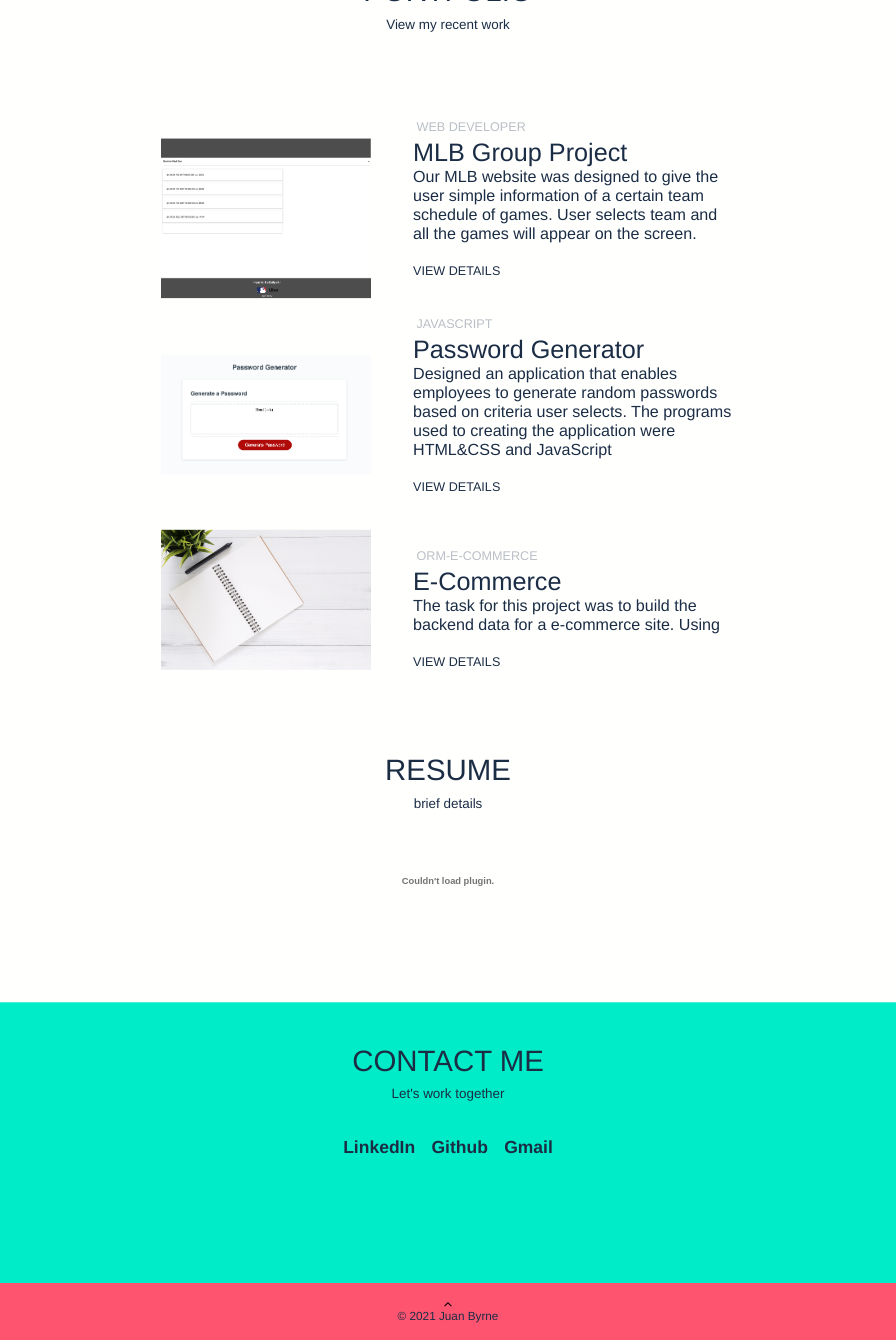
Repository: jb150524/JB-Portfolio
Page: index.html
An editor plug-in stored every save of this project. The page is shown before and after a run of saves, followed by the edit.
The browser window is 1280 px wide. The pictures show the part of the page from y = 2367 to 4287 px (the page is 4282 px tall before and 4287 px after), at 70% of full size.
Some web libraries are served in a nearby version.

Above is the page before, as saved 2021-09-25 20:10:39.

### index.html
<!DOCTYPE html>
<!-- saved from url=(0053)file:///Users/jja/FullStack_HW/juanwebsite/index.html -->

    <html lang="en"><head><meta http-equiv="Content-Type" content="text/html; charset=UTF-8">

    <meta http-equiv="X-UA-Compatible" content="IE=edge">
    <meta name="viewport" content="width=device-width, initial-scale=1.0">

    <!-- CSS style sheet -->
    <link rel="stylesheet" href="style.css">

    <!-- adding icons  -->
    <script src="https://kit.fontawesome.com/11dfd97c40.js" crossorigin="anonymous"></script>

    <title>Juan's Portfolio</title>
    </head>

    <body>
      <header>
      <nav class="top-nav">
        <ul class="nav-list">
        <li>
        <a href="file:///Users/jja/FullStack_HW/juanwebsite/index.html">Home</a>
        <a href="file:///Users/jja/FullStack_HW/juanwebsite/index.html#about">About</a>
        <a href="file:///Users/jja/FullStack_HW/juanwebsite/index.html#portfolio">Portfolio</a>
        <a href="file:///Users/jja/FullStack_HW/juanwebsite/index.html#resume">Resume</a>
        <a href="file:///Users/jja/FullStack_HW/juanwebsite/index.html#contact">Contact</a>
        </li>
        </ul>
      </nav>

    <div class="main">
      <div class="landing-text">
        <h1>JuanByrne</h1>
        <h6>Graphic Designer and Full Stack Web Developer</h6>
      </div>
    </div>
    </header>

    <section class="about" id="about">
      <div class="container">
          <a class="about-details">
        <div class="about-heading">
          <h1>About</h1>
          <h6>Myself</h6>
        </div>
          <p>
          I'm a Graphic Designer trying to become a full stack developer. I am from Guadalajara, Mexico. I was born in Mexico, but at a young age I moved to the USA. One of my favorite hobbies is playing competative soccer. Playing soccer has taught me perseverance, how to be a team player, and most importantly how to lose. I currently live in Wayne, Pennsylvania, but have previously lived in Guadalajara, Mexico and Orange County, California. I want to become a web developer because I want to learn a skill that motivates me and pushes me to try new things. I am excited about web developing and want a career that gives me a spark, like I get when I play soccer, with competitiveness, passion, and the belief that I can succeed.
          </p>
          </a>
      </div>
    </section>

      <a class="about-details">
        <section class="experience" id="experience">
            <div class="container">
              <div class="section-heading">
                <h1>Experience</h1>
                <h6>What I can do for you</h6>
              </div>
          <div class="my-skills">
          <div class="skills" alt ="">
            <div class="icon-container">
              <i class="fas fa-layer-group"></i>
            </div>
            <h1>Graphic Designer</h1>
            <p>
            I'm a Graphic Designer with two years of experience working in the advertising industry. Possesses a high degree of competence using programs such as Adobe Photoshop, InDesign, Illustrator, and HTML & CSS.
            </p>
          </div>

        <div class="skills">
          <div class="icon-container">
            <i class="fas fa-laptop-code"></i>
          </div>
              <h1>Web Development</h1>
              <p>
              I'm a full stack developer. I have a great understanding in Javascript, bootstrap, jQuery and Node.
              </p>
            </div>
          </div>
        </div>
      </section>
    </a>

      <section class="portfolio" id="portfolio"><a class="about-details"></a>
        <div class="container"><a class="about-details">
          <div class="section-heading">
            <h1>Portfolio</h1>
            <h6>View my recent work</h6>
            </a>
            </div>
          </div>
          <div class="portfolio-item"><a class="about-details">
            <div class="portfolio-img has-margin-right">
              <img src="images/MLB Site.png" alt="">
            </a>
            </div>
              <div class="portfolio-description"><a class="about-details">
              <h6>Web Developer</h6>
              <h1>MLB Group Project</h1>
              <p>
              Our MLB website was designed to give the user simple information of a certain team schedule of games. User selects team and all the games will appear on the screen.
              </p>
              </a>
            <a href="file:///Users/jja/FullStack_HW/juanwebsite/index.html#" class="cta"> View Details</a>
        </div>
      </div>
    <div>

     <div class="portfolio-item">
          <div class="portfolio-img has-margin-right">
            <img src="images/passGenerator.png" alt="">
            </div>
            <div class="portfolio-description">
            <h6>Javascript</h6>
            <h1>Password Generator</h1>
            <p>
            Designed an application that enables employees to generate random passwords based on criteria user selects. The programs used to creating the application were HTML&CSS and JavaScript
            </p>
            <a href="file:///Users/jja/FullStack_HW/juanwebsite/index.html#" class="cta"> View Details</a>
            </div>
        </div>

      <div>
          <div class="portfolio-item">
            <div class="portfolio-img has-margin-right">
              <img src="images/notebook.jpg" alt="">
              </div>
              <div class="portfolio-description">
              <h6>ORM-E-Commerce</h6>
              <h1>E-Commerce</h1>
              <p>
              The task for this project was to build the backend data for a e-commerce site. Using
              </p>
              <a href="file:///Users/jja/FullStack_HW/juanwebsite/index.html#" class="cta"> View Details</a>
            </div>
          </div>
      </div>
    </section>

    <section class="resume" id="resume">
      <div class="container">
        <div class="section-heading">
          <h1>Resume</h1>
          <h6>brief details</h6>
          <embed src="JByrne Resume 2021 FINAL.pdf" type="application/pdf" width="55%" height="100px" />
          <!-- <input type="button" value="Download!"> -->
        </div>
      </div>

    <section class="contact" id="contact">
        <div class="container">
          <div class="section-heading">
          <h1>Contact Me</h1>
          <ul>
          <li>
          <h6>Let's work together</h6>
          <a href="https://www.linkedin.com/in/juan-byrne-43869ab7/">LinkedIn</a>
          <a href="https://github.com/jb150524">Github</a>
          <a href="file:///Users/jja/FullStack_HW/juanwebsite/juan1505@gmail.com">Gmail</a>
          </li>
          </ul>
        </div>
       </div>
    </section>

    <footer class="copyright">
      <div class="up" id="up">
       <i class="fas fa-chevron-up"></i>
      </div>
      <p>© 2021 Juan Byrne</p>
    </footer>
  </section>


</body>
</html

### style.css
/* Start global*/

* {
    margin: 0;
    padding: 0;
    box-sizing: border-box;
}

html {
    font-size: 12px;
    font-family: Helvetica, sans-serif;
    /* color: rgb(255, 255, 255); */
}

body {
    width: 100%;
    height: 100%;
    background-color: #fffffe;
    background-size: cover;
}

section {
    padding: 60px 0;
}

h6 {
    color: #1b2d45;
    margin: 5px;
}

a {
    text-decoration: none;
    color: #1b2d45;
}

p {
   font-size: 23px;
   font-weight: 300;
   color: #1b2d45;
}



img {
    max-width: 100%;
    height: auto;
}

.main {
    padding: 16px;
    margin-top: 30px;
    height: 1500px; /* Used in this example to enable scrolling */
  }

/* Start reusable*/

.container {
    width: 50%;
    max-width: 120rem;
    height: 100%;
    margin: 0 auto;
    position: relative;
}

.container-details p {
    font-size: 200px;
    padding: 35px;
}

.section-heading {
    text-align: center;
    margin-bottom: 10rem;
}

.section-heading h1 {
    font-family: major mono display, Helvetica, sans-serif;
    font-size: 3.5rem;
    color: #1b2d45;
    text-transform: uppercase;
    font-weight: 300;
    position: relative;
    margin-bottom: 1rem;
}

.section-heading h1::before,
.section-heading h1::after {
    content: "";
    position: absolute;
    bottom: -.5rem;
    left: 50%;
    transform: translateX(-59%);
    background: color #fff8e8;
}

.section-heading h1::before {
    width: 10rem;
    height: 3px;
    border-radius: .8rem;
}

.section-heading h1::after {
    height: 1.5rem;
    border-radius: .100%;
    bottom: 1rem;
}

.section-heading h6 {
    font-size: 1.6rem;
    font-weight: 300;
    margin-bottom: 50px;
}

.has-margin-right {
    margin-right: 5rem;
}
/* End reusable*/

/* Start header*/
header {
    width: 100%;
    height: 100vh;
}

.nav-list {
    z-index: 2;
    top: 0;
    background:#00ebc7;
    overflow: hidden;
    font-size: 35px;
    font-family: major mono display;
    margin: 0;
    padding: 20px;
    position: fixed;
    list-style: none;
    width: 100%;
    display: flex;
    justify-content: center;
    align-items: flex-start;
    text-decoration: none;
}

li {
    margin: 0;
    list-style: none;
}

.nav-link {
    font-family: Arial, Helvetica, sans-serif;
    font-size: 15px;
    padding: 5px;
}

.nav-link:hover,
.nav-ink:focus {
    background: linear-gradient(to top, #5725b3, #9e91e9 );
    -webkit-background-clip: text;
    -webkit-text-fill-color: transparent;

}

.landing-text{
    position: absolute;
    top: 50%;
    left: 50%;
    transform: translate(-50%, -50%);
    width: 100%;
    text-align: center;
    z-index: 1;
}

.landing-text h1 {
    font-size: 150px;
    font-family: major mono display, Helvetica, sans-serif, Helvetica, sans-serif;
    background: linear-gradient(to top, #110202, #000000 );
    -webkit-background-clip: text;
    -webkit-text-fill-color: transparent;
    padding: 1rem;
    user-select: none;

}

.landing-text h6 {
    font-size: 2rem;
    font-weight: 300;
}
/* End header*/

.about .container {
    display: flex;
    align-items: center;
    justify-content: center;
}

.about-heading {
    text-align: center;
    text-transform: uppercase;
    line-height: 10px;
    margin-bottom: 6rem;
}

.about-heading h1 {
    font-size: 10rem;
    opacity: .3;
    font-family: major mono display;
}

.about-heading h6 {
    font-size: 2rem;
    font-weight: 300;
}

/* .about-container p {
   font-size: 50px;
} */

.profile-img {
    max-width: 100%;
    display: inline-block;
}

/* Start services*/

.my-skills {
    display: grid;
    /* grid-template-columns: repeat(auto-fit, min max(25rem, 1fr)); */
    grid-gap: 2.5rem;
    text-align: center;
}

.skills p {
    padding: 15px 5px 5px 5px;
    text-align: left;
}

.skills h1 {
    text-transform: uppercase;
    letter-spacing: 2px;
    margin: 2rem -2px 2rem 0;
}

.icon-container {
    width: 10rem;
    height: 10rem;
    border: 2px solid #1b2d45;
    background-color: #00ebc7;
    margin-bottom: 2rem;
    display: inline-block;
}

.icon-container .fas {
    margin: 27px -35px 0px -36px;
}

.icon-container i {
    color:#1b2d45;
    font-size: 5rem;
    margin: auto;
}
/* End services*/

/* Start portfolio*/

.portfolio-item {
    display: flex;
    align-items: end;
    justify-content: center;
    flex-direction: row;
    flex-wrap: wrap;
    align-content: stretch;
    margin-bottom: 50px;

}
.portfolio-img {
    width: 300px;
    height: 200px;
    background-size: 100%;
}

.portfolio-item:last-child {
    margin: 0;
}

.portfolio-description {
    flex: .5;
    color: #1b2d45;

}

.portfolio-description h1 {
    font-size: 3rem;
    font-weight: 300;
    margin: 1px 0;
    display: contents;
}

.portfolio-description h6 {
    font-size: 1.5rem;
    text-transform: uppercase;
    font-weight: 300;
    opacity: 0.3;
}

.portfolio-description .cta {
    display: inline-block;
    margin-top: 2.5rem;
    font-size: 1.5rem;
    text-transform: uppercase;
    color: #1b2d45;
    transition: color 650ms;
}

.portfolio-description .cta:hover {
    color: #2f67cd;
}
/* End portfolio*/


/*Star contact*/

.contact {
    background-color:#00ebc7;
}

.contact a {
    font-weight: bold;
    margin: 10px;
    margin-top: 20px;
    padding: 15px 0;
    text-align: center;
    font-size: 25px;
}

/*End contact*/

/*Star footer*/

.copyright {
    width: 100%;
    text-align: center;
    background-color:#ff5470;
    padding: 2rem 0;
    position: absolute;
    display: block;
}

/* .up {
    position: absolute;
    width: 5rem;
    height: 5rem;
    background-color: burlywood;
    top: -2.5rem;
    right: 5rem;
    border-radius: 100%;
    display: flex;
    animation: pulse 2s infinite;
    cursor: pointer;
}

.up i {
    color: navy;
    font-size: 2rem;
    margin: auto;
} */

.copyright p {
    font-size: 1.4rem;
}
/*End footer*/

/*Start Button animation*/

@keyframes pulse {
    0%{
        box-shadow: 0 0 0 0 rgba(253, 87, 191, 0.99);
    }
    70%{
        box-shadow: 0 0 0 2rem rgba(253, 87, 191, 0);
    }
    100%{
        box-shadow: 0 0 0 0 rgba(253, 87, 191, 0);
    }
}
/*End Button animation*/

/*Start media queries*/

@media screen and (max-width: 768px) {
    body {
        background-color: #fffffe;
        background-size: cover;
    }

    .landing-text h1 {
        font-size: 70px;
    }

    .landing-text h6 {
        font-size: 1.7rem;
    }

    .nav-list {
        font-size: 15px;
    }

    li {
        margin: 2rem 0;
    }

    .nav-ink {
        font-size: 4.5rem;
    }

    .about-heading {
        font-size: 15px;
    }

    .section-heading h1 {
        font-size: 3rem;
    }

    .about-details .nav-list {
        flex-direction: initial;
    }

    .about-details li {
        font-size: 10px;
        margin: 0 2rem;
    }

@media screen and (max-width: 600px) {

    .landing-text h1 {
        font-size: 8rem;
    }

    .landing-text h6 {
        font-size: 1.4rem;
    }

    .nav-link {
        font-size: 3.5rem;
    }

    .profile-img {
        margin-top: 0 0 7rem 0;
    }

    .portfolio-item {
        flex-direction: column;
    }

    .portfolio-img {
        margin: 0 0 2rem 0;
        order: 1;
    }

    .portfolio-description {
        margin: 0;
        order: 2;
    }

    form {
        width: 100%;
    }

    .up {
        right: 2rem;
    }
}
/*End media queries*/

After the next 2 saves:
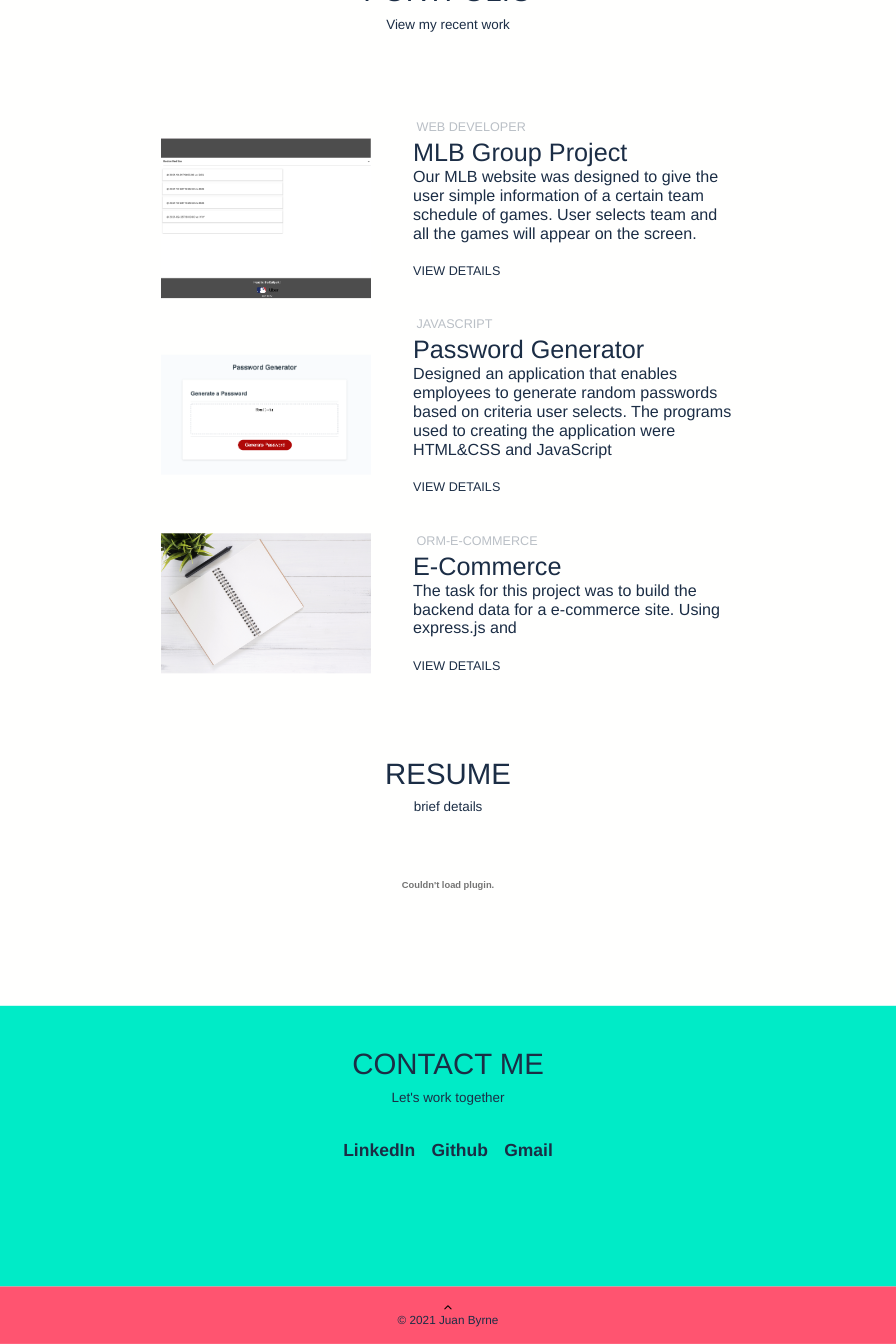
The 2 saves are shown as one change because they came seconds apart.
The last was saved 7 s later.
--- a/index.html
+++ b/index.html
@@ -131,7 +131,7 @@
               <h6>ORM-E-Commerce</h6>
               <h1>E-Commerce</h1>
               <p>
-              The task for this project was to build the backend data for a e-commerce site. Using
+              The task for this project was to build the backend data for a e-commerce site. Using express.js and
               </p>
               <a href="file:///Users/jja/FullStack_HW/juanwebsite/index.html#" class="cta"> View Details</a>
             </div>
